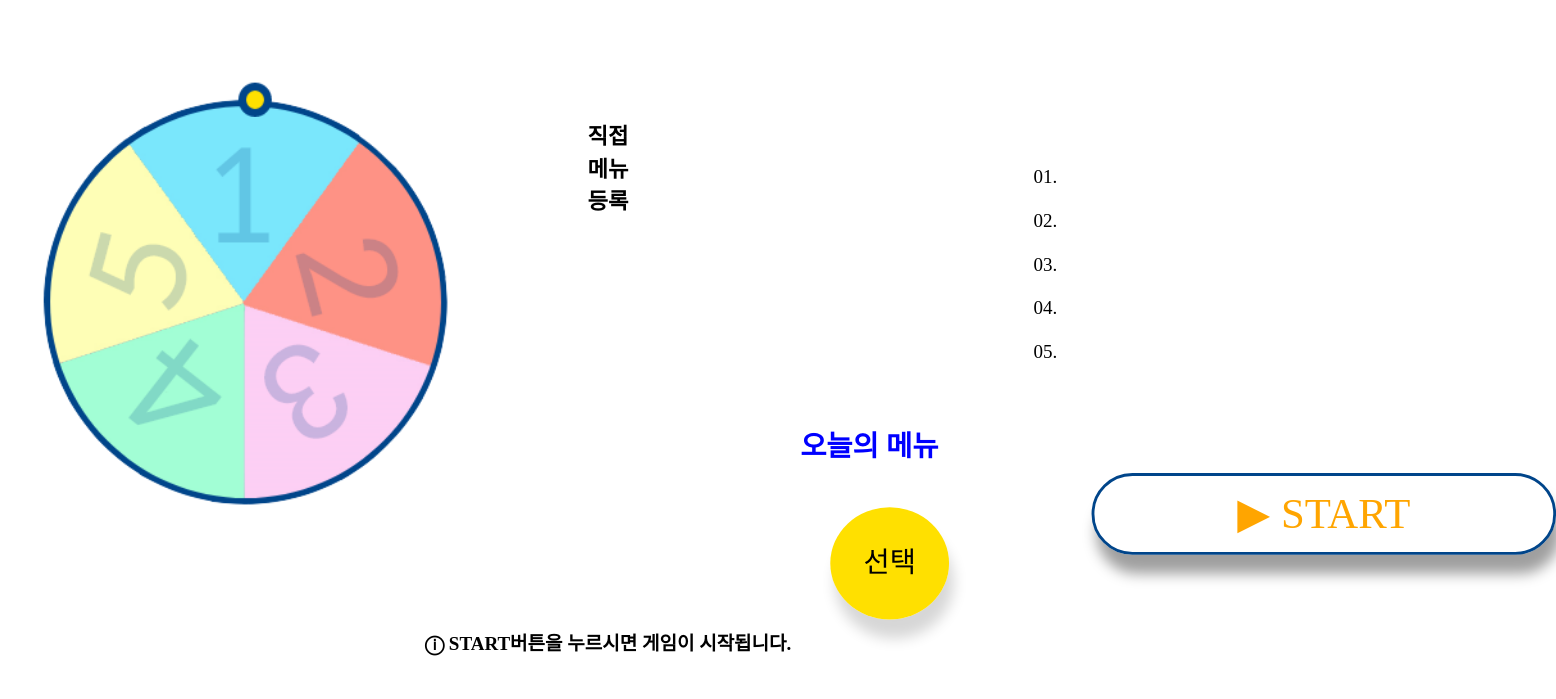
Repository: hkh00700/JustDoEat_Web
Page: http://localhost/justdoeat/WEB-INF/views/game/roulette.jsp
An editor plug-in stored every save of this project. The page is shown before and after the next save, followed by the edit.
The browser window is 1280 px wide. The page is 1638 px wide, so the pictures cover 1638 px, including what lies to the right of the window. The pictures show the whole page, at 95% of full size.
The page is served by Tomcat 9. Nobody is signed in. The template is opened directly, without the code that normally fills it, so the values that code supplies are empty.

Above is the page before, as saved 2021-05-19 00:02:56.

After the next save:
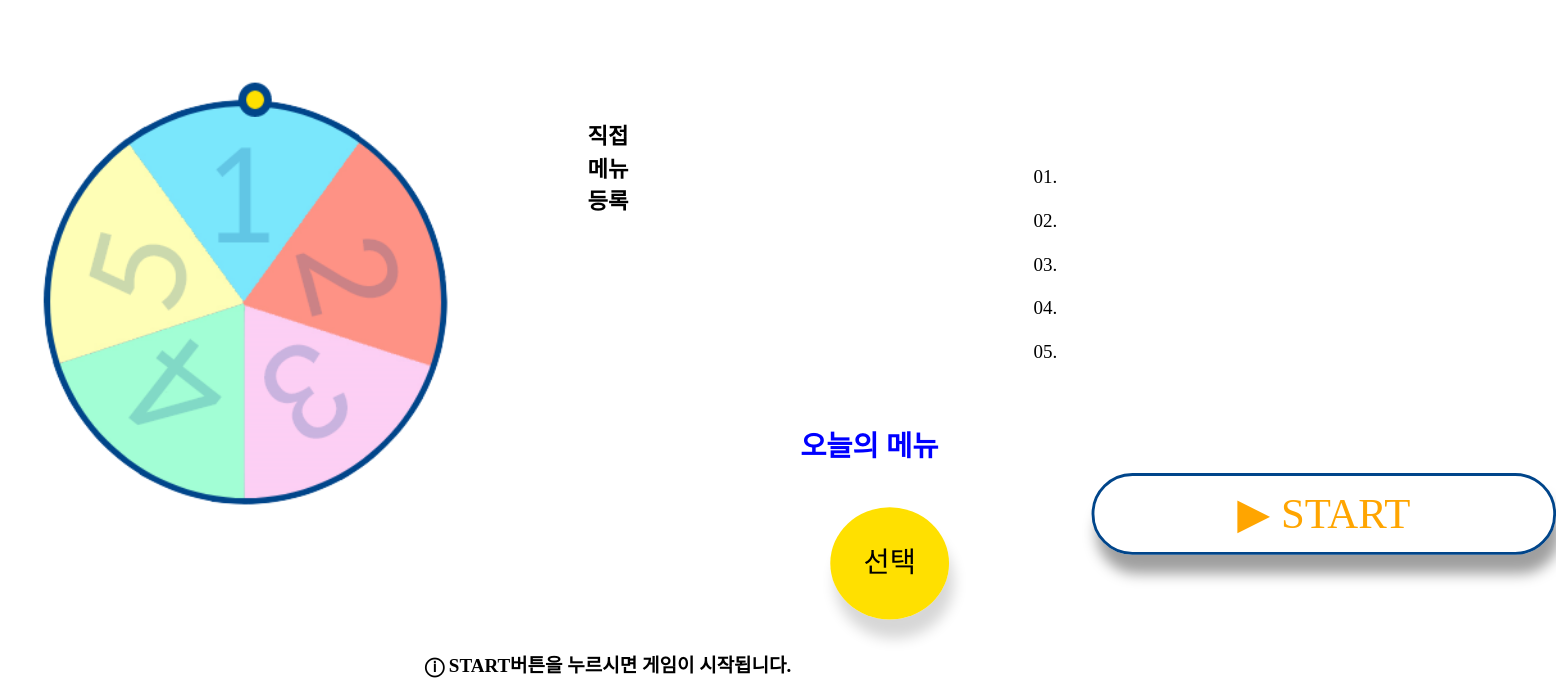
Saved 19 s later.
--- a/justdoeat/src/main/webapp/WEB-INF/views/game/roulette.jsp
+++ b/justdoeat/src/main/webapp/WEB-INF/views/game/roulette.jsp
@@ -112,7 +112,7 @@
 	<div class="content2">
 	<h2>오늘의 메뉴</h2>
 	<a>▶ START</a><img src='imgs/reset.png' alt="다시추천"/><a class='select'>선택</a>
-	<br/><br/><h4>ⓘ START버튼을 누르시면 게임이 시작됩니다.</h4>
+	<br/><br/><br/><h4>ⓘ START버튼을 누르시면 게임이 시작됩니다.</h4>
 	</div>
 </div>
 </body>
